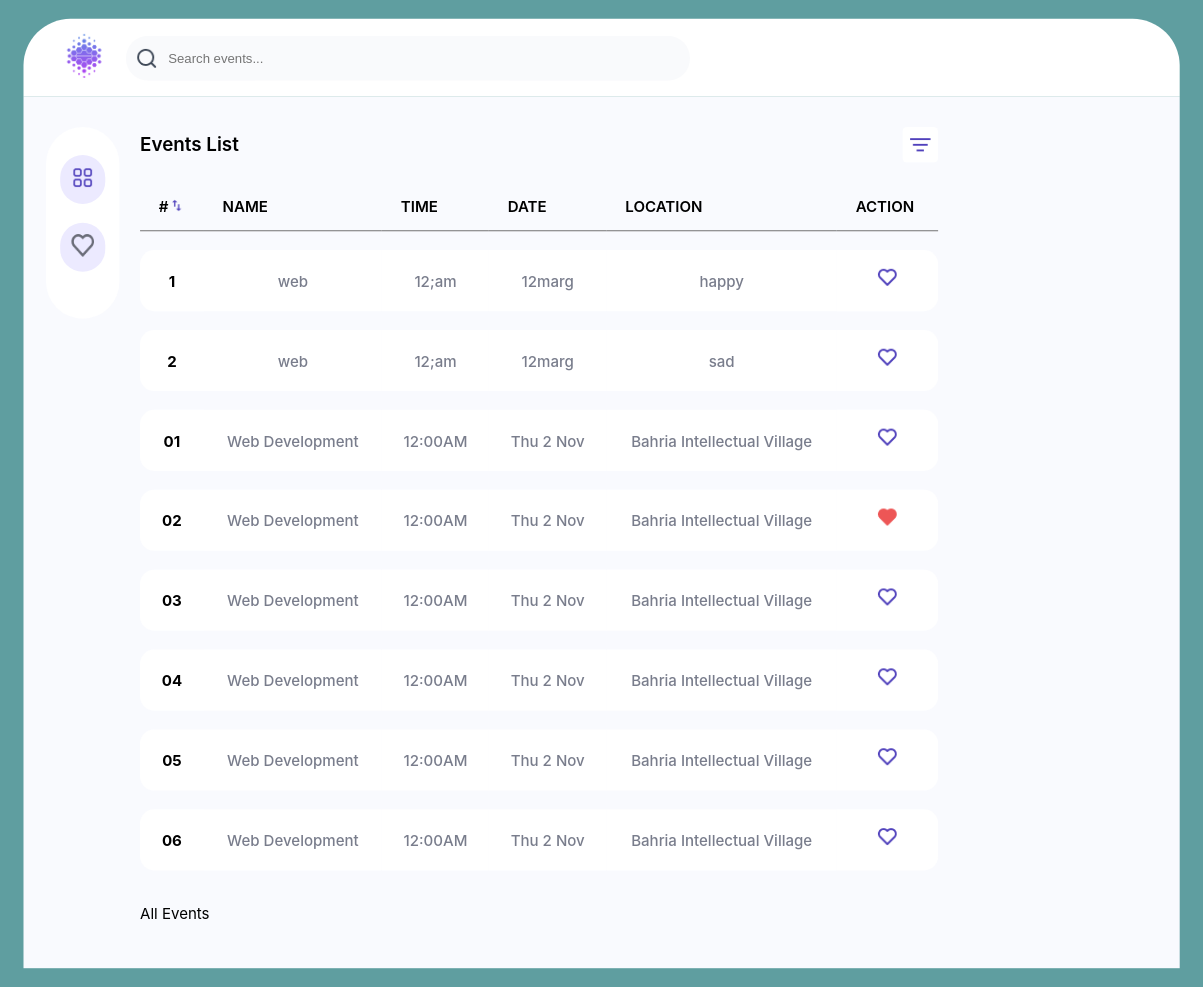
Repository: ahmadunitedsol710/react-dashboard
Page: /
The author's editor kept a copy of each file at every save. The page is drawn from the files as they stood at one save, then again after the next save.
The browser window is 1280 px wide. The pictures show the whole page, at 94% of full size.
The project was rebuilt for these pictures with package versions that can differ from the ones it lists, and the page was loaded fresh each time.

Above is the page before, as saved 2024-07-30 11:30:18.

### src/App.js
// import {BrowserRouter as Router, Routes, Route} from 'react-router-dom';
import Header from './Components/Header/index';
import Events from './Components/Body/events'
import './App.css';

function App() {
  return (
    <div className="App container">
    {/* <Router>
      <Routes>
          <Route path="/" exact element={<Header/>}/>
      </Routes>
    </Router> */}
    <Header/>
    <Events/>
    </div>
  );
}

export default App;

### src/Components/Header/index.js
import '../../App.css';
import logo from '../../Images/logo.png'

const Index = () => {

    return (
        <>
            <div className="header">
                <div className="logo">
                    <img src={logo} alt="logo" />
                </div>
                <div className="search_box">
                    <input type="search"  name="search" placeholder='Search events...' className='srch'/>
                </div>
            </div>
        </>
    )
}

export default Index;

### src/Components/Body/events.js
import '../../App.css';
import Sidebar from './sidebar';
import List from './eventlist';

const Index = () => {

    return (
        <>
            <div className="events">
             <Sidebar/>
             <List/>
            </div>
        </>
    )
}

export default Index;

### src/App.css
body {
  background-color: cadetblue;
}

.container {
  max-width: 1440px;
  margin: 20px auto;
  padding: 0 25px;
  box-sizing: border-box;
}

.App-logo {
  height: 40vmin;
  pointer-events: none;
}

@media (prefers-reduced-motion: no-preference) {
  .App-logo {
    animation: App-logo-spin infinite 20s linear;
  }
}

.App-header {
  background-color: #282c34;
  min-height: 100vh;
  display: flex;
  flex-direction: column;
  align-items: center;
  justify-content: center;
  font-size: calc(10px + 2vmin);
  color: white;
}

.App-link {
  color: #61dafb;
}

@keyframes App-logo-spin {
  from {
    transform: rotate(0deg);
  }
  to {
    transform: rotate(360deg);
  }
}


/* Header */
.header { display: flex; justify-content: center; align-items: center; gap: 20px; background-color: #ffffff; padding: 15px 40px; border-radius: 50px 50px 0 0; }

.header .search_box { position: relative; width: 100%; }

.header .search_box .srch { background-image: url(./Images/Search.png); background-repeat: no-repeat; background-color: #F9FAFC; background-position: 10px center; border: none; padding: 13px 45px; width: 600px; border-radius: 50px; font-size: 14px; font-weight: 400; color: #3D4756; line-height: 22px; }


/* Events */
.events {
  background-color: #f9fafe;
  padding: 32px 24px;
  box-sizing: border-box;
  display: flex;
  gap: 22px;
  align-items: flex-start;
}

/* Sidebar */
.sidebar {
  display: flex;
  flex-direction: column;
  background-color: #ffffff;
  width: max-content;
  padding: 30px 15px;
  box-sizing: border-box;
  border-radius: 40px;
}

.image {
  background-color: #ECEAFF;
  margin-bottom: 20px;
  border-radius: 25px;
}

.sidebar_img {
  width: 24px;
  height: 24px;
  padding: 12px;
}

/* Event list */
.main {
  display: flex;
  justify-content: space-between;
  align-items: center;
}

.main .heading {
  font-size: 20px;
  font-weight: 600;
  line-height: 30px;
  margin: 0;
}

.main .filter {
  background-color: #ffffff;
  padding: 5px;
  border-radius: 5px;
  box-sizing: border-box;
}

table {
  border-collapse: separate;
  border-spacing: 0 20px;
  width: 849px;
}

th {
  text-align: left;
  font-size: 16px;
  font-weight: 600;
  line-height: 22px;
  padding: 15px 20px;
  box-sizing: border-box;
  border-bottom: 1px solid #6a6a6a;
}

.index {
  font-size: 16px;
  font-weight: bolder;
  line-height: 24px;
}

.body_row td {
  background-color: #ffffff;
  padding: 20px;
  text-align: center;
}

.body_row td:first-child {
  border-radius: 15px 0 0 15px;
}

.body_row td:last-child {
  border-radius: 0 15px 15px 0;
}

.body_row .details {
  font-size: 16px;
  font-weight: 500;
  line-height: 24px;
  color: #797d8c;
}

### src/Components/Body/sidebar.js
import '../../App.css';
import grid from '../../Images/grid.png';
import favourite from '../../Images/fav.png'

const sidebar = () => {

    return (
        <>
            <div className="sidebar">
                <div className="image">
                    <img src={grid} alt="grid" className='sidebar_img'/>
                </div>
                <div className="image">
                    <img src={favourite} alt="favourite" className='sidebar_img'/>
                </div>
            </div>
        </>
    )
}

export default sidebar;

### src/Components/Body/eventlist.js
import '../../App.css';
import swap from '../../Images/swap.png';
import emptyfav from '../../Images/empty_fav.png'
import fillfav from '../../Images/fill_fav.png'
import filter from '../../Images/filter.png'

const Eventlist = () => {
       const tabledata = [


    {id:1,name:"web",time:'12;am',date:"12marg",location:"happy"},
    {id:2,name:"web",time:'12;am',date:"12marg",location:"sad"}
       ]
    return (
        <>
            <div className="event_details">
                <div className="evenlist">
                    <div className="main">
                        <h2 className='heading'>Events List</h2>
                        <img src={filter} alt="filter" className='filter' />
                    </div>
                    <table className="table">
                        <thead className='table_head'>
                            <tr>
                                <th># <img src={swap} alt="swap" /> </th>
                                <th>NAME</th>
                                <th>TIME</th>
                                <th>DATE</th>
                                <th>LOCATION</th>
                                <th>ACTION</th>
                            </tr>
                        </thead>
                        <tbody>
                            {tabledata.map((data)=>(
                                <tr className='body_row'>
                                <td className='index' data-label="index">{data.id}</td>
                                <td className='details' data-label="name">{data.name}</td>
                                <td className='details' data-label="time">{data.time}</td>
                                <td className='details' data-label="date">{data.date}</td>
                                <td className='details' data-label="location">{data.location}</td>
                                <td className='details' data-label="location"> <img src={emptyfav} alt="emptyfav" /> </td>
                            </tr>
                            ))}
                            <tr className='body_row'>
                                <td className='index' data-label="index">01</td>
                                <td className='details' data-label="name">Web Development</td>
                                <td className='details' data-label="time">12:00AM</td>
                                <td className='details' data-label="date">Thu 2 Nov</td>
                                <td className='details' data-label="location">Bahria Intellectual Village</td>
                                <td className='details' data-label="location"> <img src={emptyfav} alt="emptyfav" /> </td>
                            </tr>

                            <tr className='body_row'>
                                <td className='index' data-label="index">02</td>
                                <td className='details' data-label="name">Web Development</td>
                                <td className='details' data-label="time">12:00AM</td>
                                <td className='details' data-label="date">Thu 2 Nov</td>
                                <td className='details' data-label="location">Bahria Intellectual Village</td>
                                <td className='details' data-label="location"> <img src={fillfav} alt="fillfav" /> </td>
                            </tr>

                            <tr className='body_row'>
                                <td className='index' data-label="index">03</td>
                                <td className='details' data-label="name">Web Development</td>
                                <td className='details' data-label="time">12:00AM</td>
                                <td className='details' data-label="date">Thu 2 Nov</td>
                                <td className='details' data-label="location">Bahria Intellectual Village</td>
                                <td className='details' data-label="location"> <img src={emptyfav} alt="emptyfav" /> </td>
                            </tr>

                            <tr className='body_row'>
                                <td className='index' data-label="index">04</td>
                                <td className='details' data-label="name">Web Development</td>
                                <td className='details' data-label="time">12:00AM</td>
                                <td className='details' data-label="date">Thu 2 Nov</td>
                                <td className='details' data-label="location">Bahria Intellectual Village</td>
                                <td className='details' data-label="location"> <img src={emptyfav} alt="emptyfav" /> </td>
                            </tr>

                            <tr className='body_row'>
                                <td className='index' data-label="index">05</td>
                                <td className='details' data-label="name">Web Development</td>
                                <td className='details' data-label="time">12:00AM</td>
                                <td className='details' data-label="date">Thu 2 Nov</td>
                                <td className='details' data-label="location">Bahria Intellectual Village</td>
                                <td className='details' data-label="location"> <img src={emptyfav} alt="emptyfav" /> </td>
                            </tr>

                            <tr className='body_row'>
                                <td className='index' data-label="index">06</td>
                                <td className='details' data-label="name">Web Development</td>
                                <td className='details' data-label="time">12:00AM</td>
                                <td className='details' data-label="date">Thu 2 Nov</td>
                                <td className='details' data-label="location">Bahria Intellectual Village</td>
                                <td className='details' data-label="location"> <img src={emptyfav} alt="emptyfav" /> </td>
                            </tr>
                        </tbody>
                    </table>
                </div>

                <div className="cards">
                    <div className="all_events">
                        <p className='title'>All Events</p>

                    </div>
                    <div className="this_month"></div>
                    <div className="fav_events"></div>
                </div>
            </div>
        </>
    )
}

export default Eventlist;

Loaded but not shown: public/index.html (common file); src/index.js (common file); src/index.css (common file); src/reportWebVitals.js (common file)

After the next save:
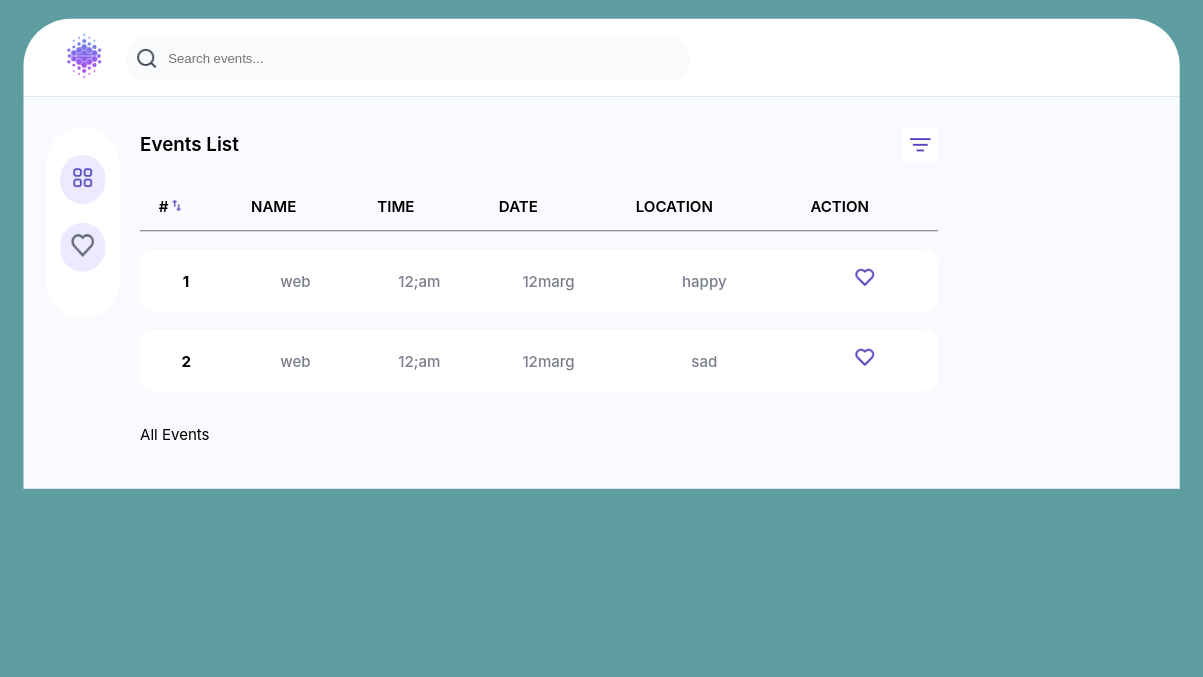
Saved 16 s later.
--- a/src/Components/Body/eventlist.js
+++ b/src/Components/Body/eventlist.js
@@ -41,59 +41,6 @@ const Eventlist = () => {
                                 <td className='details' data-label="location"> <img src={emptyfav} alt="emptyfav" /> </td>
                             </tr>
                             ))}
-                            <tr className='body_row'>
-                                <td className='index' data-label="index">01</td>
-                                <td className='details' data-label="name">Web Development</td>
-                                <td className='details' data-label="time">12:00AM</td>
-                                <td className='details' data-label="date">Thu 2 Nov</td>
-                                <td className='details' data-label="location">Bahria Intellectual Village</td>
-                                <td className='details' data-label="location"> <img src={emptyfav} alt="emptyfav" /> </td>
-                            </tr>
-
-                            <tr className='body_row'>
-                                <td className='index' data-label="index">02</td>
-                                <td className='details' data-label="name">Web Development</td>
-                                <td className='details' data-label="time">12:00AM</td>
-                                <td className='details' data-label="date">Thu 2 Nov</td>
-                                <td className='details' data-label="location">Bahria Intellectual Village</td>
-                                <td className='details' data-label="location"> <img src={fillfav} alt="fillfav" /> </td>
-                            </tr>
-
-                            <tr className='body_row'>
-                                <td className='index' data-label="index">03</td>
-                                <td className='details' data-label="name">Web Development</td>
-                                <td className='details' data-label="time">12:00AM</td>
-                                <td className='details' data-label="date">Thu 2 Nov</td>
-                                <td className='details' data-label="location">Bahria Intellectual Village</td>
-                                <td className='details' data-label="location"> <img src={emptyfav} alt="emptyfav" /> </td>
-                            </tr>
-
-                            <tr className='body_row'>
-                                <td className='index' data-label="index">04</td>
-                                <td className='details' data-label="name">Web Development</td>
-                                <td className='details' data-label="time">12:00AM</td>
-                                <td className='details' data-label="date">Thu 2 Nov</td>
-                                <td className='details' data-label="location">Bahria Intellectual Village</td>
-                                <td className='details' data-label="location"> <img src={emptyfav} alt="emptyfav" /> </td>
-                            </tr>
-
-                            <tr className='body_row'>
-                                <td className='index' data-label="index">05</td>
-                                <td className='details' data-label="name">Web Development</td>
-                                <td className='details' data-label="time">12:00AM</td>
-                                <td className='details' data-label="date">Thu 2 Nov</td>
-                                <td className='details' data-label="location">Bahria Intellectual Village</td>
-                                <td className='details' data-label="location"> <img src={emptyfav} alt="emptyfav" /> </td>
-                            </tr>
-
-                            <tr className='body_row'>
-                                <td className='index' data-label="index">06</td>
-                                <td className='details' data-label="name">Web Development</td>
-                                <td className='details' data-label="time">12:00AM</td>
-                                <td className='details' data-label="date">Thu 2 Nov</td>
-                                <td className='details' data-label="location">Bahria Intellectual Village</td>
-                                <td className='details' data-label="location"> <img src={emptyfav} alt="emptyfav" /> </td>
-                            </tr>
                         </tbody>
                     </table>
                 </div>
